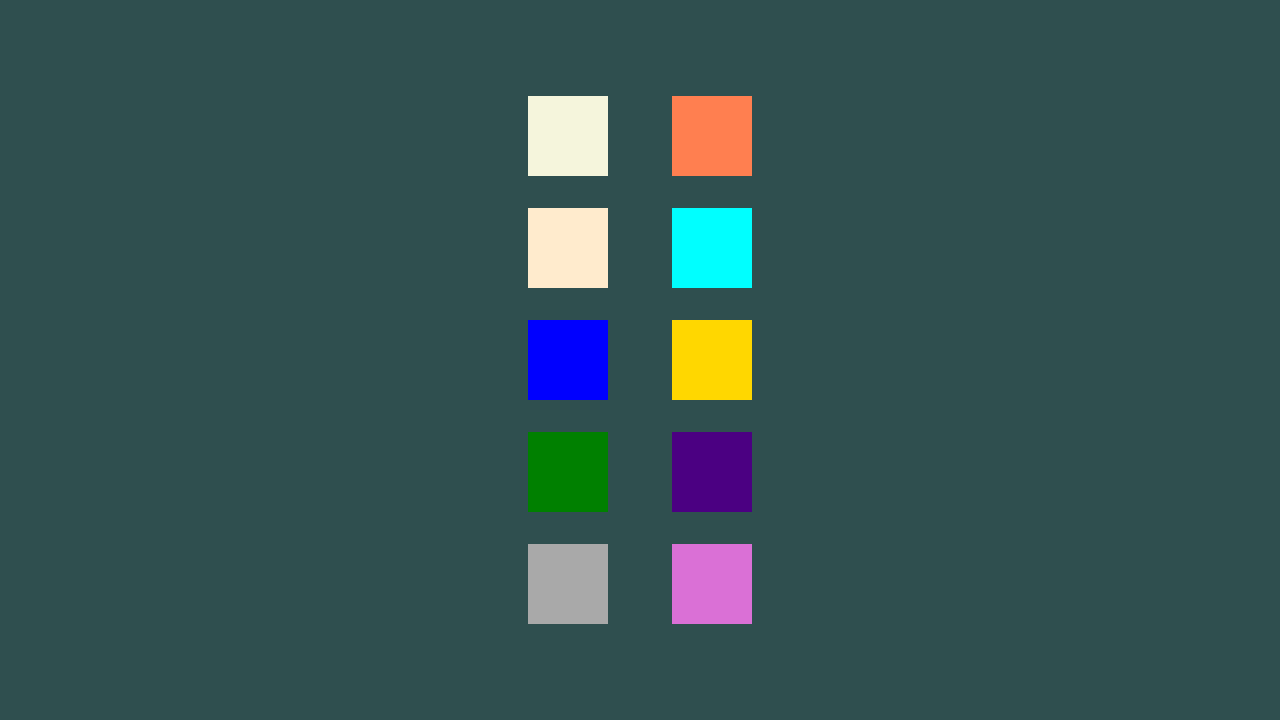
Repository: aipacheco/propuesta-ejercicio-css
Page: index.html
The author's editor kept a copy of each file at every save. The page is drawn from the files as they stood at one save, then again after the next save.
The browser window is 1280 px wide. The pictures show the whole page.

Above is the page before, as saved 2024-01-25 16:58:41.

After the next save:
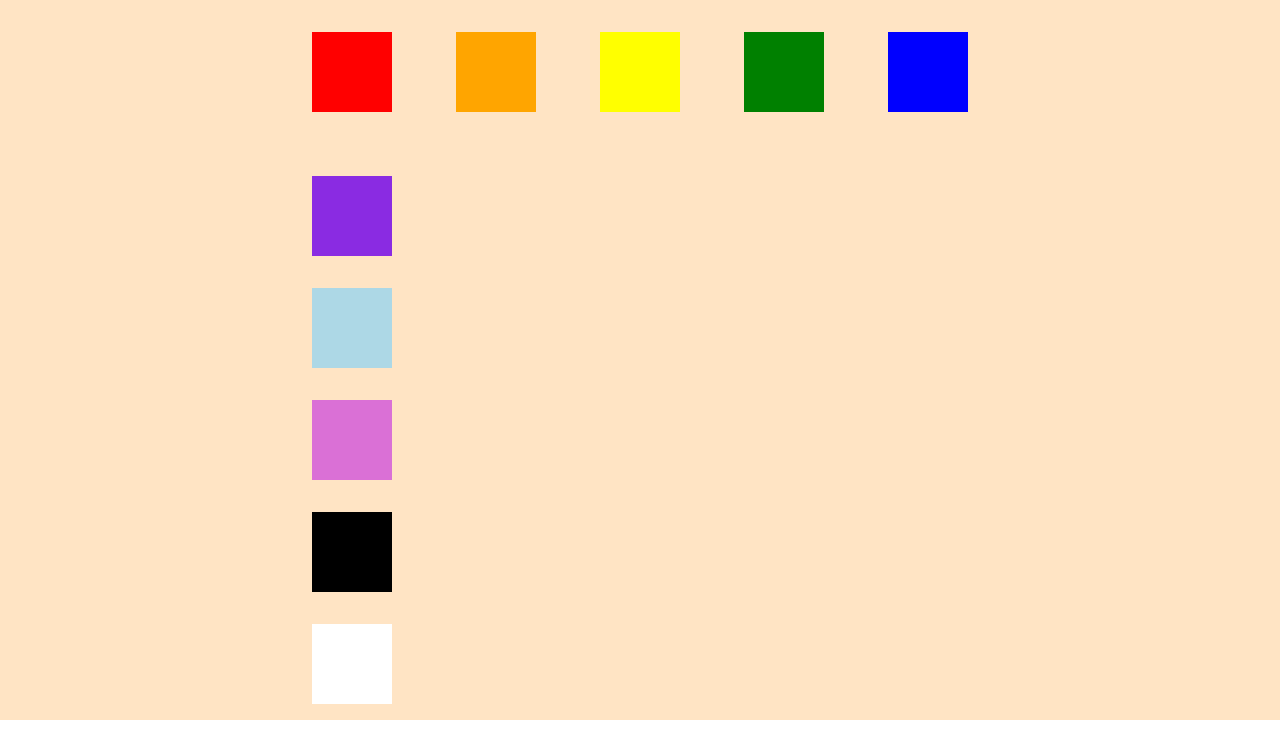
Saved 92 s later.
--- a/css/style.css
+++ b/css/style.css
@@ -2,54 +2,61 @@ body {
   margin: 0;
   padding: 0;
 }
+
 #main {
   height: 100vh;
   width: 100vw;
-  background-color: darkslategray;
-  display: flex;
+  background-color: bisque;
+  display: grid;
+  grid-template-rows: repeat(2, auto);
   justify-content: center;
   align-items: center;
 }
-
+.container {
+  margin-bottom: 5em;
+}
+.fila {
+  display: flex;
+}
 .box {
   height: 5em;
   width: 5em;
   margin: 2em;
   transition: 1.5s;
 }
-.a {
-  background-color: beige;
-}
 .box:hover {
   transition: 1.5s;
   border-radius: 50%;
-  padding: 1em;
 }
+.a {
+  background-color: red;
+}
+
 .b {
-  background-color: blanchedalmond;
+  background-color: orange;
 }
 
 .c {
-  background-color: blue;
+  background-color: yellow;
 }
 .d {
   background-color: green;
 }
 .e {
-  background-color: darkgray;
+  background-color: blue;
 }
 .f {
-  background-color: coral;
+  background-color: blueviolet;
 }
 .g {
-  background-color: cyan;
+  background-color: lightblue;
 }
 .h {
-  background-color: gold;
+  background-color: orchid;
 }
 .i {
-  background-color: indigo;
+  background-color: black;
 }
 .j {
-  background-color: orchid;
+  background-color: white;
 }
